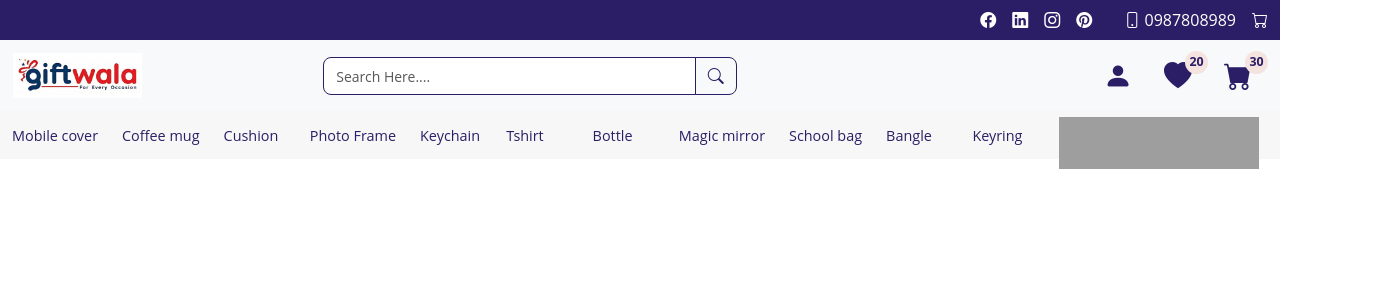
Repository: mangalravi/GiftWala
Page: index.html
An editor plug-in stored every save of this project. The page is shown before and after the next save, followed by the edit.
The browser window is 1280 px wide. The page is 1280 px wide, then 1380 px, then 1280 px, so the pictures cover 1380 px, including what lies to the right of the window. The pictures show the whole page.
Pictures or frames that could not be fetched are drawn as grey boxes. The style sheet was rebuilt from its Sass, Less or Tailwind sources for each picture, by a compiler version that may differ from the author's.

Above is the page before, as saved 2024-07-07 17:34:42.

### index.html
<!DOCTYPE html>
<html lang="en">
  <head>
    <meta charset="UTF-8" />
    <meta name="viewport" content="width=device-width, initial-scale=1.0" />
    <title>GiftWala</title>

    <link
      rel="apple-touch-icon"
      sizes="180x180"
      href="content/images/fabicon.png"
      alt="fabicon"
    />
    <link
      rel="icon"
      type="image/png"
      sizes="32x32"
      href="content/images/fabicon.png"
      alt="fabicon"
    />
    <link
      rel="icon"
      type="image/png"
      sizes="16x16"
      href="content/images/fabicon.png"
      alt="fabicon"
    />
    <link
      rel="publication"
      href=""
      crossorigin="use-credentials"
      type="application/manifest+json"
    />
    <meta name="msapplication-TileColor" content="#da532c" />
    <meta name="theme-color" content="#ffffff" />

    <link rel="icon" href="content/images/logo/favicon.png" type="image/png" />
    <link rel="stylesheet" href="content/css/bootstrap-icons.css" />
    <link rel="stylesheet" href="content/bootstrap/css/bootstrap.min.css" />
    <link rel="stylesheet" href="content/css/font-family.css" />
    <link rel="stylesheet" href="content/css/aos.css" />
    <link rel="stylesheet" href="content/css/custom.css" />
  </head>
  <body>
    <header>
      <div class="tophdr">
        <div class="container-fluid d-flex justify-content-end">
          <ul class="tpmnul">
            <li>
              <ul class="social-link">
                <li>
                  <a
                    href="#"
                    rel="noopener noreferrer"
                    target="_blank"
                    aria-label="Facebook"
                    class="fb"
                    ><i class="bi bi-facebook"></i
                  ></a>
                </li>
                <li>
                  <a
                    href="#"
                    rel="noopener noreferrer"
                    target="_blank"
                    aria-label="Linkedin"
                    class="in"
                    ><i class="bi bi-linkedin"></i
                  ></a>
                </li>
                <li>
                  <a
                    href="#"
                    rel="noopener noreferrer"
                    target="_blank"
                    aria-label="Instagram"
                    class="inta"
                    ><i class="bi bi-instagram"></i
                  ></a>
                </li>
                <li>
                  <a
                    href="#"
                    rel="noopener noreferrer"
                    target="_blank"
                    aria-label="Pinterest"
                    class="inta"
                    ><i class="bi bi-pinterest"></i
                  ></a>
                </li>
                <li>
                  <a
                    href="#"
                    rel="noopener noreferrer"
                    target="_blank"
                    aria-label="Threads"
                    class="in"
                    ><i class="bi bi-threads"></i
                  ></a>
                </li>
              </ul>
            </li>
            <li>
              <a href="#">
                <i class="bi bi-phone"></i>
                <span>0987808989</span>
              </a>
            </li>
            <li>
              <a href="#">
                <i class="bi bi-cart"></i>
              </a>
            </li>
          </ul>
        </div>
      </div>
      <nav class="navbar navbar-expand-lg bg-body-tertiary">
        <div class="container-fluid">
          <a class="navbar-brand m-0" href="#">
            <img
              src="content/images/logo.jpg"
              alt="logo"
              height="45"
              width="131"
            />
          </a>
          <button
            class="navbar-toggler"
            type="button"
            data-bs-toggle="collapse"
            data-bs-target="#navbarSupportedContent"
            aria-controls="navbarSupportedContent"
            aria-expanded="false"
            aria-label="Toggle navigation"
          >
            <span class="navbar-toggler-icon"></span>
          </button>
          <div
            class="collapse navbar-collapse justify-content-end"
            id="navbarSupportedContent"
          >
            <div class="row w-100 align-items-center">
              <div class="col-sm-8">
                <div class="row justify-content-center">
                  <div class="col-sm-7">
                    <form class="d-flex" role="search">
                      <div class="input-group">
                        <input
                          type="text"
                          class="form-control"
                          placeholder="Search Here...."
                        />
                        <span class="input-group-text" id="basic-addon2">
                          <i class="bi bi-search"></i>
                        </span>
                      </div>
                    </form>
                  </div>
                </div>
              </div>
              <div class="col-sm-4">
                <ul class="navbar-nav mb-2 mb-lg-0 justify-content-end">
                  <li class="nav-item">
                    <a class="nav-link" aria-current="page" href="#"
                      ><i class="bi bi-person-fill"></i
                    ></a>
                  </li>
                  <li class="nav-item">
                    <a class="nav-link" href="#"
                      ><i class="bi bi-heart-fill"></i>
                      <span class="badge">20</span>
                    </a>
                  </li>
                  <li class="nav-item">
                    <a class="nav-link" href="#">
                      <i class="bi bi-cart-fill"></i>
                      <span class="badge">30</span>
                    </a>
                  </li>
                </ul>
              </div>
            </div>
          </div>
        </div>
      </nav>
      <div class="btmhdr">
        <div class="container-fluid">
          <div class="btmhdrnv">
            <div class="row w-100">
              <div class="col-sm-10">
                <div class="row align-items-center">
                  <div class="col"><a href="#">Mobile cover</a></div>
                  <div class="col"><a href="#">Coffee mug</a></div>
                  <div class="col"><a href="#">Cushion</a></div>
                  <div class="col"><a href="#">Photo Frame</a></div>
                  <div class="col"><a href="#">Keychain</a></div>
                  <div class="col"><a href="#">Tshirt</a></div>
                  <div class="col"><a href="#">Bottle</a></div>
                  <div class="col"><a href="#">Magic mirror</a></div>
                  <div class="col"><a href="#">School bag</a></div>
                  <div class="col"><a href="#">Bangle</a></div>
                  <div class="col"><a href="#">Keyring</a></div>
                </div>
              </div>
              <div class="col-sm-2">
                <div class="position-relative">
                  <a class="adbHeaderLink" href="#">
                    <div class="left bg-express_delivery_1"></div>
                    <input type="hidden" value="Delivery In 2 hours" />
                  </a>
                </div>
              </div>
            </div>
          </div>
        </div>
      </div>
    </header>

    <!--
<footer>
  <div class="container">
    <div class="row mb-4">
      <div class="col-sm-6 col-md-2 d-flex">
        <div class="hdr-img mb-4">
          <img src="hdr-logo" alt="hdr-logo">
        </div>
      </div>
      <div class="col-md-7">
        <div class="row">
            <div class="col-3">
              <ul>
                <li><a href="aboutus.html">About Us</a></li>
                <li><a href="contact-us.html">Contact Us</a></li>
                <li><a href="faq.html">FAQ</a></li>
              </ul>
            </div>
            <div class="col-4">
              <ul>
                <li><a href="term-and-condition.html">Terms of Purchase</a></li>
                <li><a href="item-condition.html">Items Condition</a></li>
                <li><a href="privacy-policy.html">Privacy Policy</a></li>
              </ul>
            </div>
            <div class="col-5">
              <ul class="mailli">
                <li><a href="tel:1800-419-0431"><i class="bi bi-telephone-fill"></i> 1800-419-0431</a></li>
                <li><a href="mailto: support@b2bstop.com"><i class="bi bi-envelope"></i>  support@b2bstop.com</a></li>
              </ul>
            </div>
         </div>

      </div>
      <div class="col-sm-6 col-md-3 d-flex">
        <div class="adrs">
          <a href="http://maps.google.com/?q=1200 Pennsylvania Ave SE, Washington, District of Columbia, 20003"">
            <i class="bi bi-geo-alt-fill"></i>
            No. 565, Axis Pennmark building, 2nd, 3rd & 4th Floor, 9th cross road, Sarakki, 3rd phase, JP Nagar, Bangalore, Karnataka - 560078
          </a>
        </div>
      </div>
    </div>
    <div class="btn-hdng">
      <p class="text-center">© b2bstop - Trade mark of Green Enabled IT Solutions Pvt. Ltd</p>
    </div>
  </div>
</footer> -->

    <script src="content/js/jquery.min.js"></script>
    <script src="content/js/slick.js"></script>
    <script src="content/js/aos.js"></script>
    <script src="content/bootstrap/js/bootstrap.bundle.min.js"></script>
    <script src="content/js/custom.js"></script>
    <script>
      AOS.init();
    </script>
  </body>
</html>

### content/css/font-family.css
@font-face {
  font-family: "OpenSans";
  font-style: normal;
  font-weight: 400;
  src: url("../fonts/Open_Sans/static/OpenSans-Regular.ttf") format("truetype");
  font-display: swap;
}

@font-face {
  font-family: "OpenSans";
  font-style: normal;
  font-weight: 500;
  src: url("../fonts/Open_Sans/static/OpenSans-Medium.ttf") format("truetype");
  font-display: swap;
}

@font-face {
  font-family: "OpenSans";
  font-style: normal;
  font-weight: 600;
  src: url("../fonts/Open_Sans/static/OpenSans-SemiBold.ttf") format("truetype");
  font-display: swap;
}

@font-face {
  font-family: "OpenSans";
  font-style: normal;
  font-weight: 700;
  src: url("../fonts/Open_Sans/static/OpenSans-Bold.ttf") format("truetype");
  font-display: swap;
}

### content/js/custom.js
$(".projetos-slider").slick({
  slidesToShow: 1,
  slidesToScroll: 1,
  autoplay: true,
  autoplaySpeed: 1000,
  arrows: false,
  dots: false,
  adaptiveHeight: true,
  speed: 1500,
  responsive: [
    {
      breakpoint: 1121,
      settings: {
        slidesToShow: 1,
        autoplay: true,
        adaptiveHeight: true,
      },
    },
    {
      breakpoint: 768,
      settings: {
        slidesToShow: 1,
        autoplay: true,
        adaptiveHeight: true,
      },
    },
  ],
});

### content/css/custom.scss
:root {
  --bs-primary: #2b1e66;
  --bs-secondary: #ed247c;
  --bs-heading: #333333;
  --bs-para: #595657;
  --bs-border-color: #e8e8e8;
  --bs-root-font-size: 16px;
  --bs-body-font-family: 'Open Sans', sans-serif;
}

.bi,
.btn,
.h1,
.h2,
.h3,
.h4,
.h5,
.h6,
:after,
:before,
a,
button,
h1,
h2,
h3,
h4,
h5,
h6,
img,
input,
li,
p,
select,
span,
textarea {
  transition: 0.5s ease-out;
}

ul {
  padding: 0;
  margin: 0;

  li {
    list-style: none;
    color: var(--bs-primary);
  }
}

body {
  margin: 0;
  font-family: var(--bs-body-font-family);
  overflow-x: hidden;
  font-size: 16px;
  position: inherit !important;
}

.overflow-x-hidden {
  overflow-x: hidden;
}

.h1,
.h2,
.h3,
.h4,
.h5,
.h6,
h1,
h2,
h3,
h4,
h5,
h6 {
  font-family: var(--bs-body-font-family);
  font-weight: 600;
  margin-bottom: 1rem;
  line-height: 1.35;
  color: var(--bs-secondary);
}

.btn {
  padding: 0.65rem 0.6rem;
  font-size: 0.65rem;
  text-transform: uppercase;
  transition: all 0.25s;
  border-radius: 0.35rem;
  height: 37.72px;
  font-weight: 600;
}

.btn-secondary-fill {
  background: var(--bs-secondary);
  border: 1px solid var(--bs-secondary);
  color: #fff;

  &:hover {
    background: var(--bs-secondary);
    border: 1px solid var(--bs-secondary);
    color: #fff;
  }
}


input {
  &::placeholder {
    font-size: 0.85rem;
    color: #000;
  }
}

.form-group {
  width: 100%;
  border: 1px solid #e1e1e2;
  border-radius: 0.25rem;
  padding: 0.25rem 1rem;

  &::placeholder {
    font-size: 1rem;
    color: #aeb3b3;
  }

  &::focus {
    outline: none;
    border: 1px solid var(--bs-primary);
  }
}

img {
  object-fit: contain;
  max-width: 100%;
}

.btn-primary {
  color: #fff;
  background-color: var(--bs-primary);
  border: 1px solid var(--bs-primary);
}

.btn-secondary {
  color: var(--bs-secondary);
  background-color: transparent;
  border: 1px solid var(--bs-secondary);

  &:hover {
    border-radius: 0.5rem;
    color: #fff;
    background-color: var(--bs-secondary);
    border-color: transparent;
    transition: all 0.8s;
  }

  &:focus {
    color: #fff;
    background-color: var(--bs-secondary);
    border-color: transparent;
  }
}

.btn-primary {

  &:hover,
  &:focus {
    color: #fff;
    background-color: var(--bs-primary);
    outline: 0;
    box-shadow: none;
    border-color: transparent;
  }
}

.btn-main {
  &:hover {
    background: #fff;
    color: var(--bs-secondary);
  }
}

.nav-item {
  padding: 0 0.5rem;
  color: #333333ad;
  font-weight: 500;

  .nav-link {
    padding: 0 0.5rem;
    color: var(--bs-secondary);
  }

}

a {
  &:hover {
    color: var(--bs-primary);
    text-decoration: none;
  }
}

svg,
img {
  vertical-align: middle;
}

section,
footer {
  padding: 50px 0;
}

.socilhdr {
  display: flex;
  justify-content: flex-end;
  gap: 1.5rem;
  padding: 0;

  li {
    list-style-type: none;
  }
}

.tophdr {
  padding: 0.5rem 0;
  background: var(--bs-primary);

  .tpmnul {
    display: flex;
    align-items: center;
    gap: 1rem;
    color: #fff;

    a {
      color: #fff;
      text-decoration: none;
    }

    .social-link {
      display: flex;
      align-items: center;
      gap: 1rem;

      li {
        a {
          color: #fff;
        }
      }
    }
  }
}

.badge {
  position: absolute;
  top: -4px;
  right: -8px;
  background: #f4e3de;
  padding: 0.25rem;
  width: 23px;
  height: 23px;
  border-radius: 50%;
  color: var(--bs-primary);
  z-index: 0;
  font-size: 0.775rem;
  display: flex;
  align-items: center;
  justify-content: center;
}

.bg-body-tertiary {
  background-color: #f8f9fa;
}

.navbar-nav {
  li {

    a {
      z-index: 8;
      font-size: 1.75rem;
      position: relative;

      i {
        color: var(--bs-primary);
      }
    }
  }
}

.input-group {
  input {
    border: 1px solid var(--bs-primary);
    border-radius: 0.5rem 0 0 0.5rem;

    &:focus {
      box-shadow: none;
    }

    &::placeholder {
      color: #595657;
      font-size: 0.875rem;
    }
  }
}

.input-group-text {
  border: 1px solid var(--bs-primary);
  border-radius: 0.5rem 0.5rem 0.5rem 0;
  display: flex;
  align-items: center;

  i {
    color: var(--bs-primary);
  }
}

.btmhdr {
  background: #f7f7f7;
  padding: 0.75rem 0;

  .btmhdrnv {
    display: flex;
  }
}

.bg-express_delivery_1 {
  width: 200px;
  height: 53px;
  background: url(https://assets.winni.in/groot/2023/11/20/desktop/scooter-animation-fifth.gif) no-repeat 0 1px;
  position: absolute;
  left: 0;
  top: -7px;
}

.col {
  a {
    text-decoration: none;
    text-wrap: nowrap;
    color: var(--bs-primary);
    text-align: center;
    font-size: 0.9rem;
  }
}

Loaded but not shown: content/css/bootstrap-icons.css (library); content/bootstrap/css/bootstrap.min.css (library); content/css/aos.css (library); content/js/jquery.min.js (library); content/js/slick.js (library); content/js/aos.js (library); content/bootstrap/js/bootstrap.bundle.min.js (library)

After the next save:
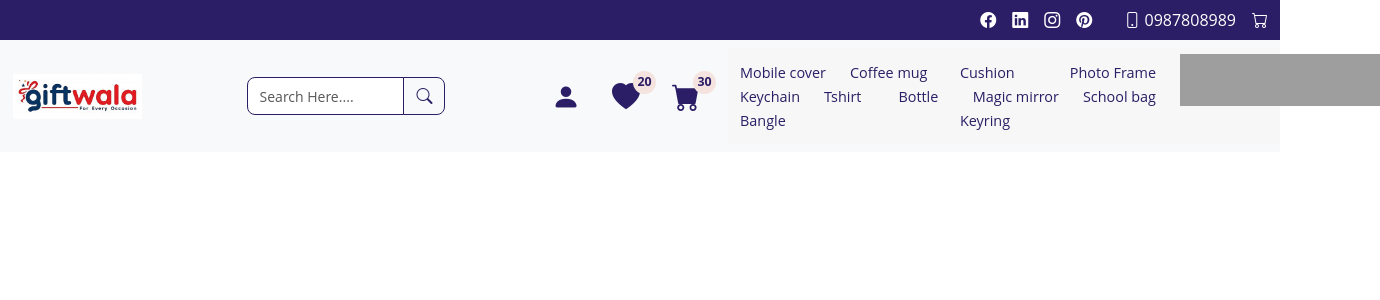
Saved 99 s later.
--- a/index.html
+++ b/index.html
@@ -182,38 +182,38 @@
             </div>
           </div>
         </div>
-      </nav>
-      <div class="btmhdr">
-        <div class="container-fluid">
-          <div class="btmhdrnv">
-            <div class="row w-100">
-              <div class="col-sm-10">
-                <div class="row align-items-center">
-                  <div class="col"><a href="#">Mobile cover</a></div>
-                  <div class="col"><a href="#">Coffee mug</a></div>
-                  <div class="col"><a href="#">Cushion</a></div>
-                  <div class="col"><a href="#">Photo Frame</a></div>
-                  <div class="col"><a href="#">Keychain</a></div>
-                  <div class="col"><a href="#">Tshirt</a></div>
-                  <div class="col"><a href="#">Bottle</a></div>
-                  <div class="col"><a href="#">Magic mirror</a></div>
-                  <div class="col"><a href="#">School bag</a></div>
-                  <div class="col"><a href="#">Bangle</a></div>
-                  <div class="col"><a href="#">Keyring</a></div>
+        <div class="btmhdr">
+          <div class="container-fluid">
+            <div class="btmhdrnv">
+              <div class="row w-100">
+                <div class="col-sm-10">
+                  <div class="row align-items-center">
+                    <div class="col"><a href="#">Mobile cover</a></div>
+                    <div class="col"><a href="#">Coffee mug</a></div>
+                    <div class="col"><a href="#">Cushion</a></div>
+                    <div class="col"><a href="#">Photo Frame</a></div>
+                    <div class="col"><a href="#">Keychain</a></div>
+                    <div class="col"><a href="#">Tshirt</a></div>
+                    <div class="col"><a href="#">Bottle</a></div>
+                    <div class="col"><a href="#">Magic mirror</a></div>
+                    <div class="col"><a href="#">School bag</a></div>
+                    <div class="col"><a href="#">Bangle</a></div>
+                    <div class="col"><a href="#">Keyring</a></div>
+                  </div>
+                </div>
+                <div class="col-sm-2">
+                  <div class="position-relative">
+                    <a class="adbHeaderLink" href="#">
+                      <div class="left bg-express_delivery_1"></div>
+                      <input type="hidden" value="Delivery In 2 hours" />
+                    </a>
+                  </div>
                 </div>
               </div>
-              <div class="col-sm-2">
-                <div class="position-relative">
-                  <a class="adbHeaderLink" href="#">
-                    <div class="left bg-express_delivery_1"></div>
-                    <input type="hidden" value="Delivery In 2 hours" />
-                  </a>
-                </div>
-              </div>
             </div>
           </div>
         </div>
-      </div>
+      </nav>
     </header>
 
     <!--

After the save that followed:
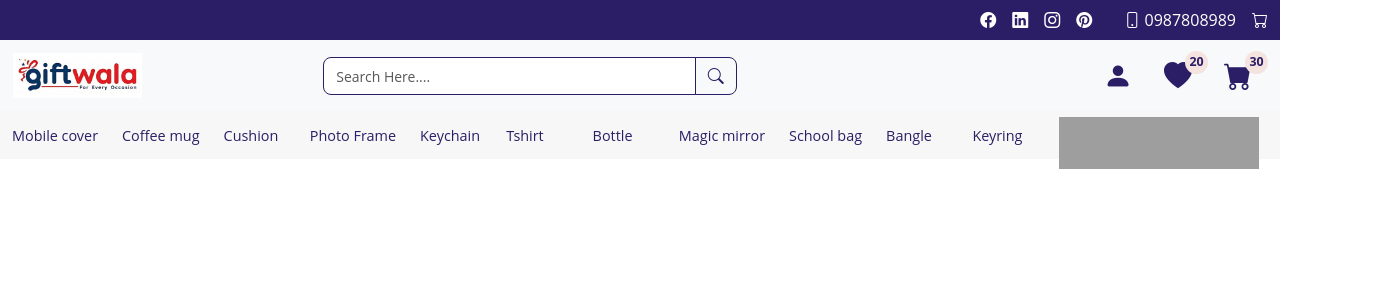
Saved 40 s later.
--- a/index.html
+++ b/index.html
@@ -182,38 +182,38 @@
             </div>
           </div>
         </div>
-        <div class="btmhdr">
-          <div class="container-fluid">
-            <div class="btmhdrnv">
-              <div class="row w-100">
-                <div class="col-sm-10">
-                  <div class="row align-items-center">
-                    <div class="col"><a href="#">Mobile cover</a></div>
-                    <div class="col"><a href="#">Coffee mug</a></div>
-                    <div class="col"><a href="#">Cushion</a></div>
-                    <div class="col"><a href="#">Photo Frame</a></div>
-                    <div class="col"><a href="#">Keychain</a></div>
-                    <div class="col"><a href="#">Tshirt</a></div>
-                    <div class="col"><a href="#">Bottle</a></div>
-                    <div class="col"><a href="#">Magic mirror</a></div>
-                    <div class="col"><a href="#">School bag</a></div>
-                    <div class="col"><a href="#">Bangle</a></div>
-                    <div class="col"><a href="#">Keyring</a></div>
-                  </div>
+      </nav>
+      <div class="btmhdr">
+        <div class="container-fluid">
+          <div class="btmhdrnv">
+            <div class="row w-100">
+              <div class="col-sm-10">
+                <div class="row align-items-center">
+                  <div class="col"><a href="#">Mobile cover</a></div>
+                  <div class="col"><a href="#">Coffee mug</a></div>
+                  <div class="col"><a href="#">Cushion</a></div>
+                  <div class="col"><a href="#">Photo Frame</a></div>
+                  <div class="col"><a href="#">Keychain</a></div>
+                  <div class="col"><a href="#">Tshirt</a></div>
+                  <div class="col"><a href="#">Bottle</a></div>
+                  <div class="col"><a href="#">Magic mirror</a></div>
+                  <div class="col"><a href="#">School bag</a></div>
+                  <div class="col"><a href="#">Bangle</a></div>
+                  <div class="col"><a href="#">Keyring</a></div>
                 </div>
-                <div class="col-sm-2">
-                  <div class="position-relative">
-                    <a class="adbHeaderLink" href="#">
-                      <div class="left bg-express_delivery_1"></div>
-                      <input type="hidden" value="Delivery In 2 hours" />
-                    </a>
-                  </div>
+              </div>
+              <div class="col-sm-2">
+                <div class="position-relative">
+                  <a class="adbHeaderLink" href="#">
+                    <div class="left bg-express_delivery_1"></div>
+                    <input type="hidden" value="Delivery In 2 hours" />
+                  </a>
                 </div>
               </div>
             </div>
           </div>
         </div>
-      </nav>
+      </div>
     </header>
 
     <!--
